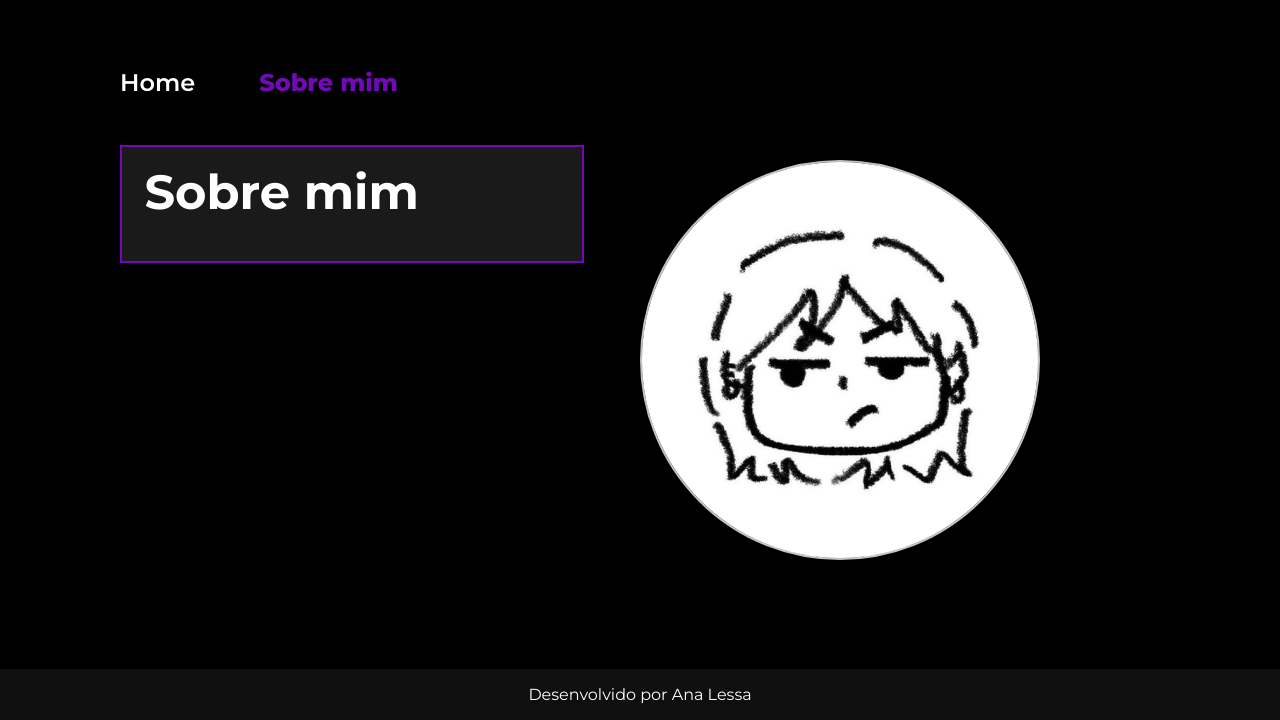
Repository: analessp/portfolio-developer
Page: about-me.html
An editor plug-in stored every save of this project. The page is shown before and after the next save, followed by the edit.
The browser window is 1280 px wide. The pictures show the whole page.

Above is the page before, as saved 2025-04-25 09:36:45.

After the next save:
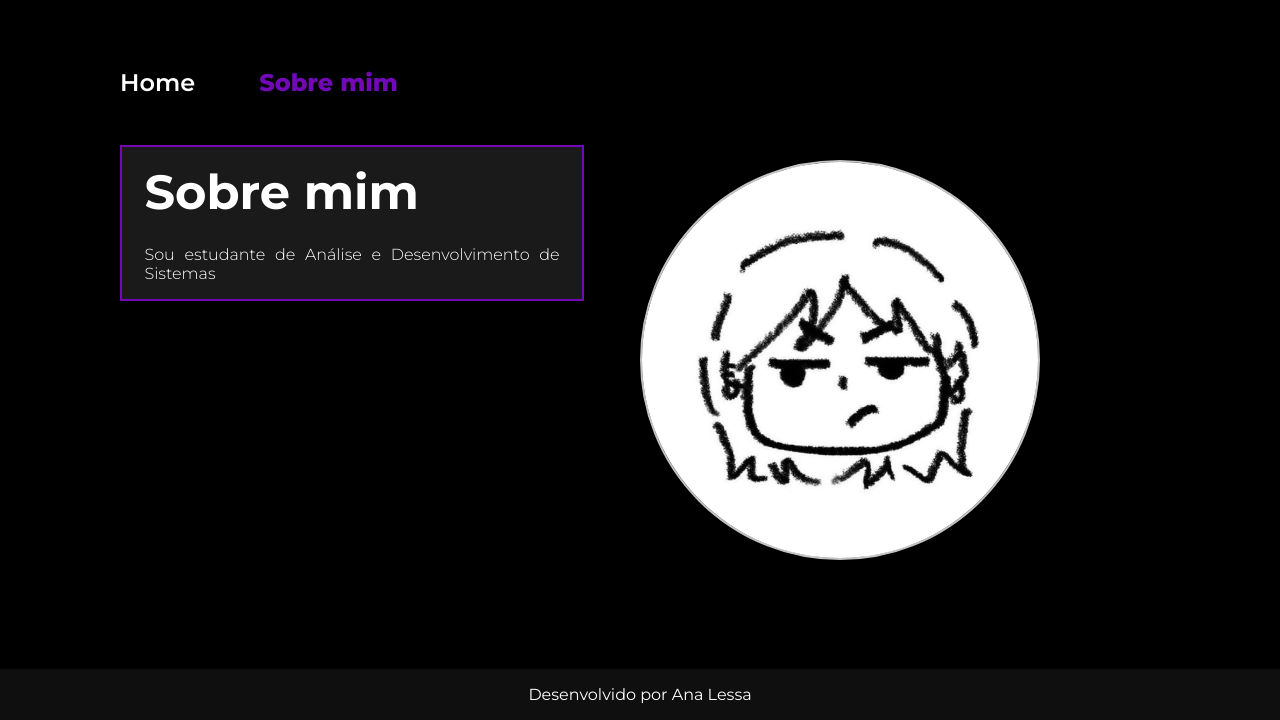
Saved 44 s later.
--- a/about-me.html
+++ b/about-me.html
@@ -22,7 +22,7 @@
     <main>
         <div class="about-me">
             <h1>Sobre mim</h1>
-            <p></p>
+            <p>Sou estudante de Análise e Desenvolvimento de Sistemas</p>
         </div>
         <img src="/assets/avatar.jfif" alt="Avatar de Ana Lessa" class="logo">
     </main>
